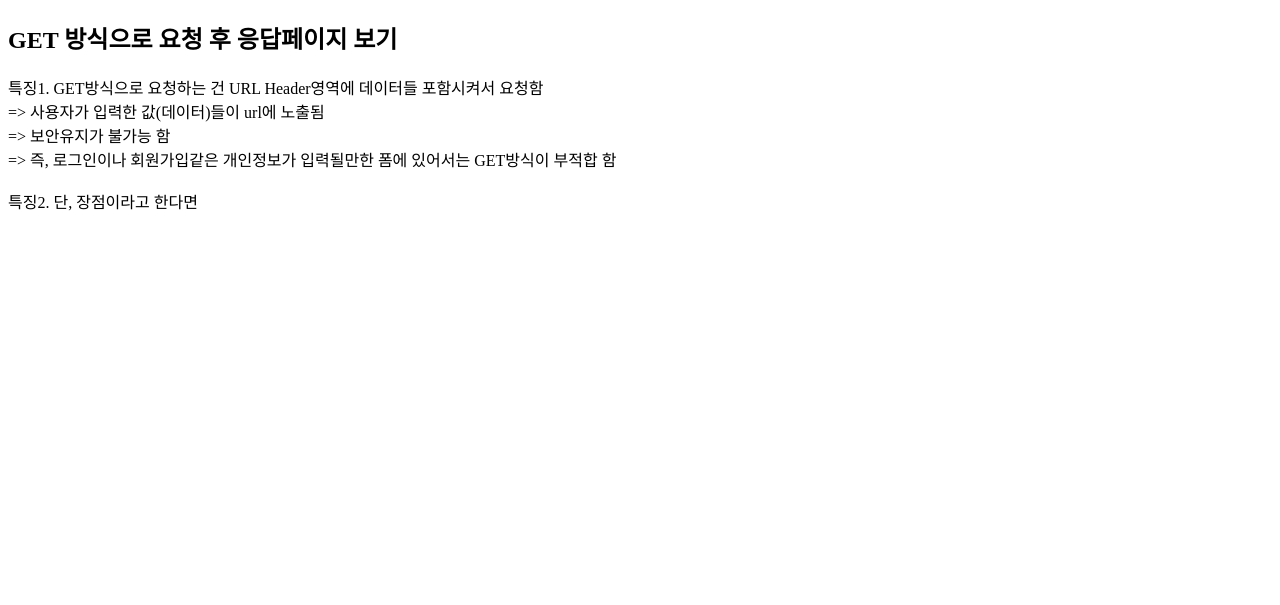
Repository: hyeye1/kh_webserverWorkspace
Page: 1_Servlet/WebContent/Views/requestTest_GET.html
An editor plug-in stored every save of this project. The page is shown before and after the next save, followed by the edit.
The browser window is 1280 px wide. The pictures show the whole page.

Above is the page before, as saved 2021-03-25 01:04:45.

### 1_Servlet/WebContent/Views/requestTest_GET.html
<!DOCTYPE html>
<html>
<head>
<meta charset="UTF-8">
<title>Insert title here</title>
</head>
<body>
	<h2>GET 방식으로 요청 후 응답페이지 보기</h2>

	<p>
		특징1. GET방식으로 요청하는 건 URL Header영역에 데이터들 포함시켜서 요청함 <br>
		=> 사용자가 입력한 값(데이터)들이 url에 노출됨 <br>
		=> 보안유지가 불가능 함 <br>
		=> 즉, 로그인이나 회원가입같은 개인정보가 입력될만한 폼에 있어서는 GET방식이 부적합 함 <br><br>

		특징2. 단, 장점이라고 한다면
	</p>

	<form action="" method="">



	</form>





</body>
</html>

After the next save:
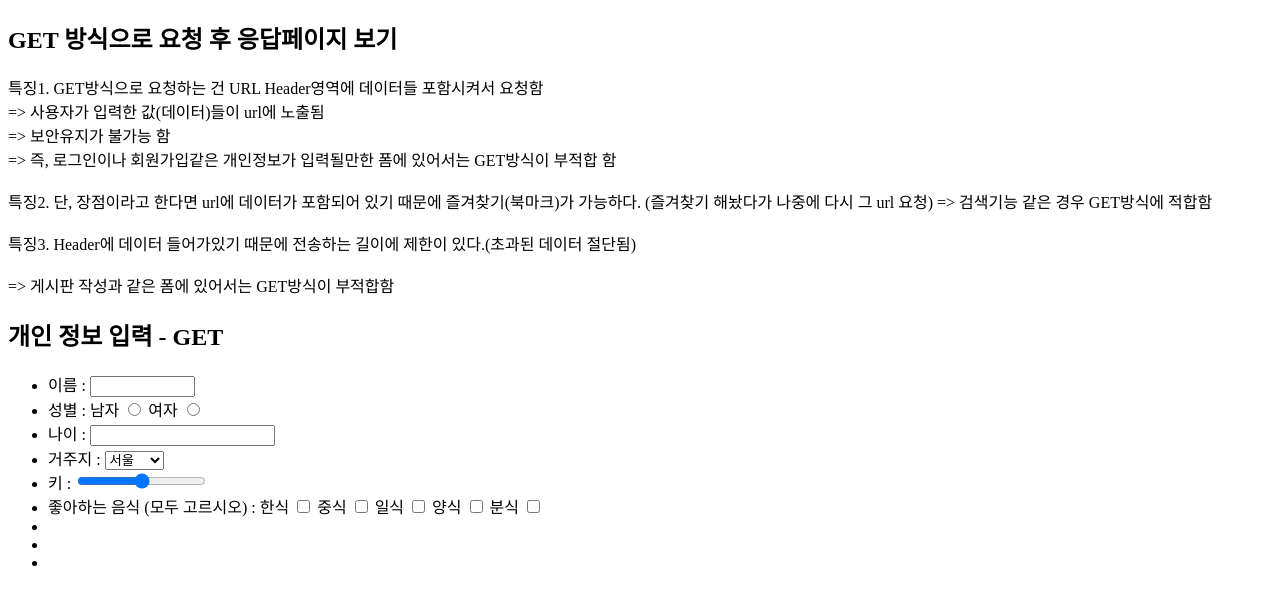
Saved 21 min 2 s later.
--- a/1_Servlet/WebContent/Views/requestTest_GET.html
+++ b/1_Servlet/WebContent/Views/requestTest_GET.html
@@ -13,11 +13,58 @@
 		=> 보안유지가 불가능 함 <br>
 		=> 즉, 로그인이나 회원가입같은 개인정보가 입력될만한 폼에 있어서는 GET방식이 부적합 함 <br><br>
 
-		특징2. 단, 장점이라고 한다면
+		특징2. 단, 장점이라고 한다면 url에 데이터가 포함되어 있기 때문에 즐겨찾기(북마크)가 가능하다. (즐겨찾기 해놨다가 나중에 다시 그 url 요청)
+		=> 검색기능 같은 경우 GET방식에 적합함 <br><br>
+
+		특징3. Header에 데이터 들어가있기 때문에 전송하는 길이에 제한이 있다.(초과된 데이터 절단됨)<br><br>
+		=> 게시판 작성과 같은 폼에 있어서는 GET방식이 부적합함
 	</p>
 
-	<form action="" method="">
+	<h2>개인 정보 입력 - GET</h2>
 
+	<!--
+		form 내의 submit버튼 클릭시 form 태그 속성 중 action에 작성된 url로 요청됨(제출) => 즉, Controller호출(Servlet을 호출)
+	 	즉, 해당 요청을 받아주는 Servlet을 만들고 Servlet에 전달된 데이터를 받아서 처리한 후에 사용자가 보게될 응답페이지를 만들어준다.
+
+	 	Servlet요청 같은 경우 반드시 그 요청값이 contextPath(1_Servlet) 뒤에 작성되어야 함 !
+
+	 	http://localhost:8888/1_Servlet/test1.do
+
+	 -->
+
+	<form action="" method="GET">
+		<ul>
+			<li>이름 : <input type="text" name="name" size="10"></li>
+			<li>
+				성별 :
+				남자 <input type="radio" name="gender" value="M">
+				여자 <input type="radio" name="gender" value="F">
+			</li>
+			<li>나이 : <input type="number" name="age"></li>
+			<li>
+				거주지 :
+				<select name="city">
+					<option>서울</option>
+					<option>경기도</option>
+					<option>강원도</option>
+					<option>충청도</option>
+					<option>제주도</option>
+					<option>경상도</option>
+				</select>
+			</li>
+			<li>키 : <input type="range" name="height" min="140" max="200"></li>
+			<li>
+				좋아하는 음식 (모두 고르시오) :
+				한식 <input type="checkbox" name="food" value="한식">
+				중식 <input type="checkbox" name="food" value="중식">
+				일식 <input type="checkbox" name="food" value="일식">
+				양식 <input type="checkbox" name="food" value="양식">
+				분식 <input type="checkbox" name="food" value="분식">
+			</li>
+			<li></li>
+			<li></li>
+			<li></li>
+		</ul>
 
 
 	</form>
